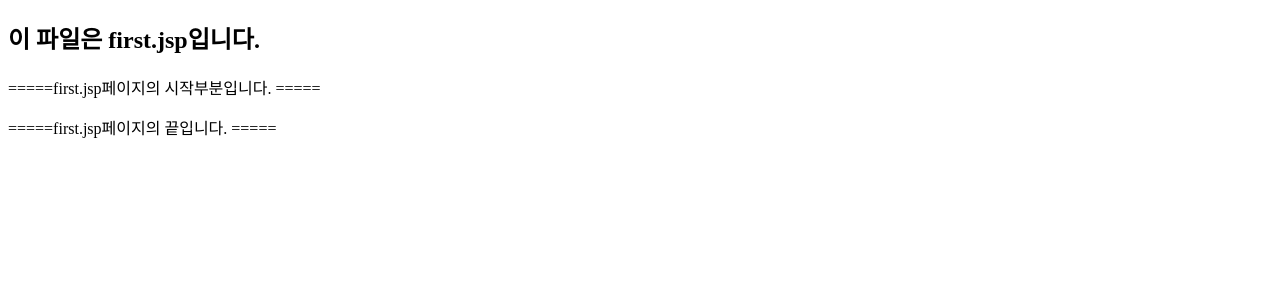
Repository: zhyuk/FullStackStudy
Page: http://localhost/jspfirst/08_01_first.jsp
An editor plug-in stored every save of this project. The page is shown before and after the next save, followed by the edit.
The browser window is 1280 px wide. The pictures show the whole page.
The page is served by Tomcat 9. Other server files are loaded and not shown.

Above is the page before, as saved 2024-08-26 07:12:13.

### jsp/jspwork/jspfirst/src/main/webapp/08_01_first.jsp
<%@ page language="java" contentType="text/html; charset=UTF-8"
    pageEncoding="UTF-8"%>
<!DOCTYPE html>
<html>
<head>
<meta charset="UTF-8">
<title>Action Tag</title>
</head>
<body>
	<h2>이 파일은 first.jsp입니다.</h2>
	<p>=====first.jsp페이지의 시작부분입니다. =====</p>
	<p>=====first.jsp페이지의 끝입니다. =====</p>
</body>
</html>

Loaded but not shown: jsp/jspwork/jspfirst/src/main/webapp/08_01_second.jsp (common file)

After the next save:
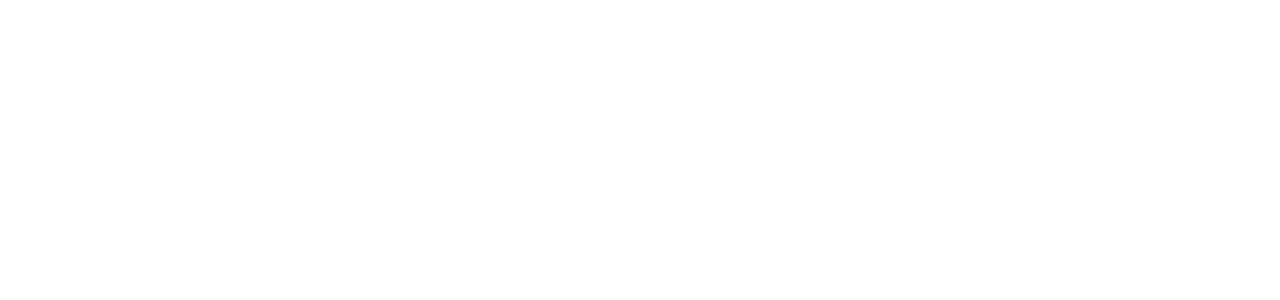
Saved 28 s later.
--- a/jsp/jspwork/jspfirst/src/main/webapp/08_01_first.jsp
+++ b/jsp/jspwork/jspfirst/src/main/webapp/08_01_first.jsp
@@ -9,6 +9,7 @@
 <body>
 	<h2>이 파일은 first.jsp입니다.</h2>
 	<p>=====first.jsp페이지의 시작부분입니다. =====</p>
+	<jsp:forward page="08_01_second.jsp"/>
 	<p>=====first.jsp페이지의 끝입니다. =====</p>
 </body>
 </html>

After the 2 saves that followed:
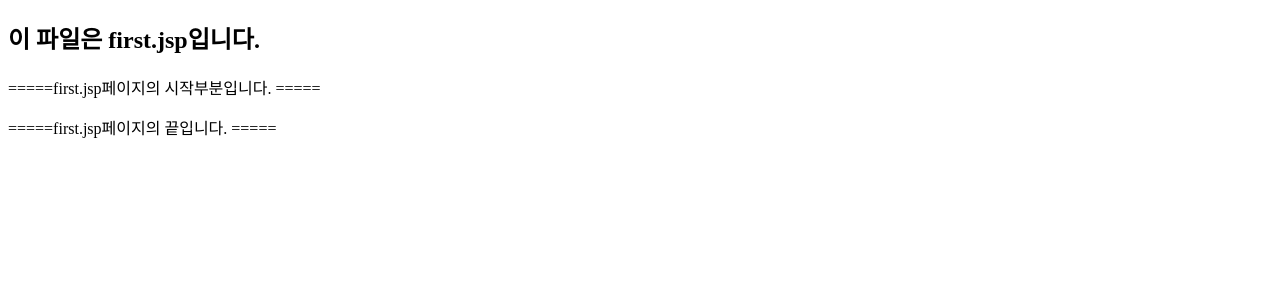
The 2 saves are shown as one change because they came seconds apart.
The last was saved 23 s later.
--- a/jsp/jspwork/jspfirst/src/main/webapp/08_01_first.jsp
+++ b/jsp/jspwork/jspfirst/src/main/webapp/08_01_first.jsp
@@ -1,5 +1,5 @@
 <%@ page language="java" contentType="text/html; charset=UTF-8"
-    pageEncoding="UTF-8"%>
+	pageEncoding="UTF-8"%>
 <!DOCTYPE html>
 <html>
 <head>
@@ -9,7 +9,7 @@
 <body>
 	<h2>이 파일은 first.jsp입니다.</h2>
 	<p>=====first.jsp페이지의 시작부분입니다. =====</p>
-	<jsp:forward page="08_01_second.jsp"/>
+	<%--	<jsp:forward page="08_01_second.jsp"/> --%>
 	<p>=====first.jsp페이지의 끝입니다. =====</p>
 </body>
 </html>
